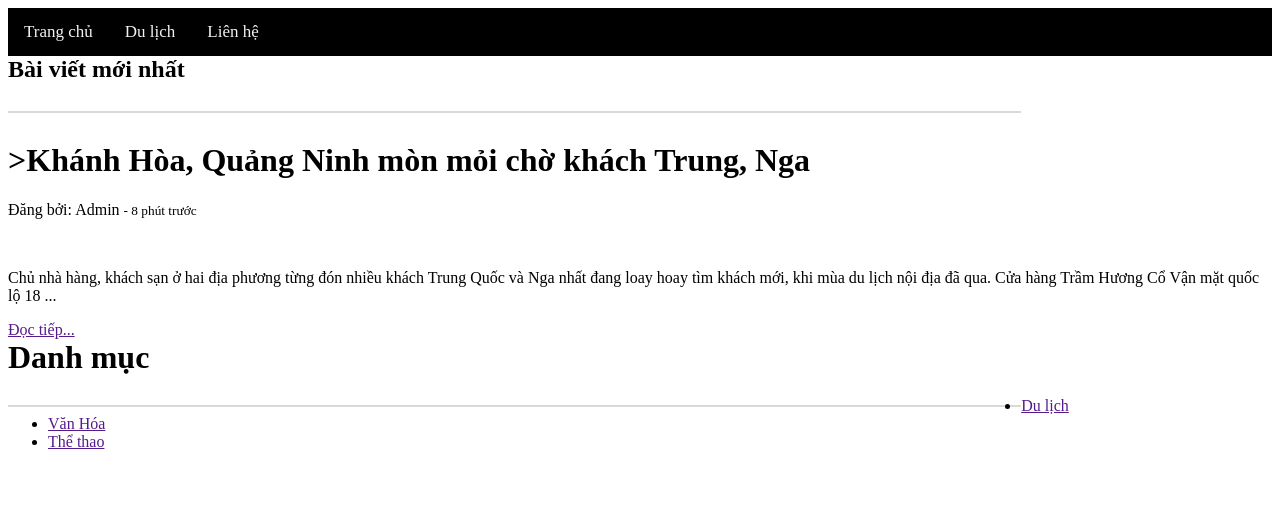
Repository: Lehuyhuynh/BTH2-CSS
Page: BTH3/BTH4/index.html
An editor plug-in stored every save of this project. The page is shown before and after the next save, followed by the edit.
The browser window is 1280 px wide. The pictures show the whole page.

Above is the page before, as saved 2023-08-11 16:55:38.

After the next save:
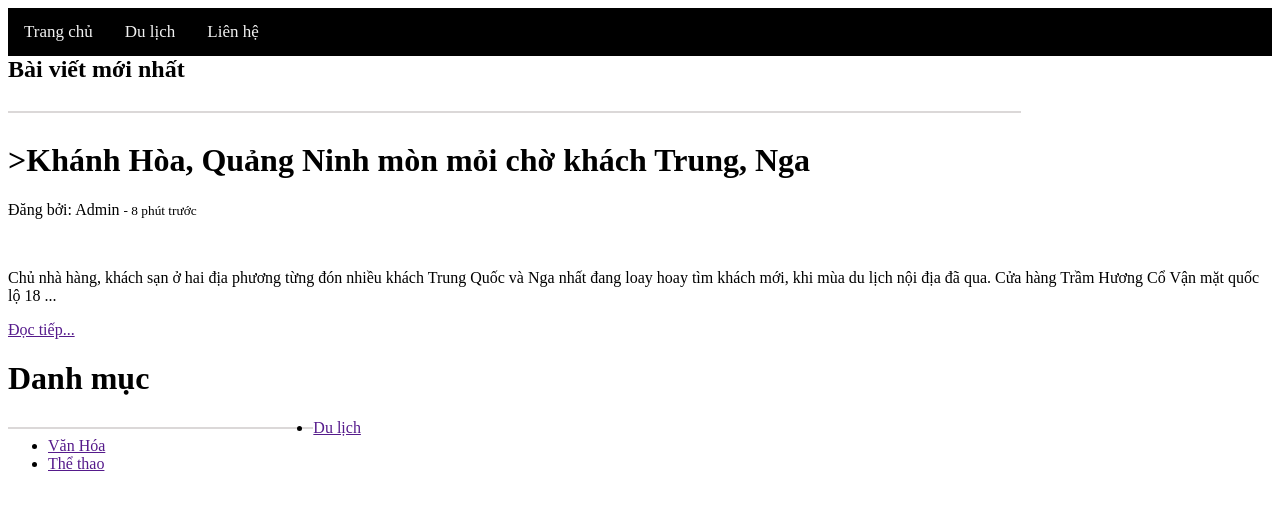
Saved 6 s later.
--- a/BTH3/BTH4/style.css
+++ b/BTH3/BTH4/style.css
@@ -39,7 +39,7 @@
   float: left;
 }
 
-.list-category {
+.list {
   width: 30%;
   float: left;
   height: 100%;
